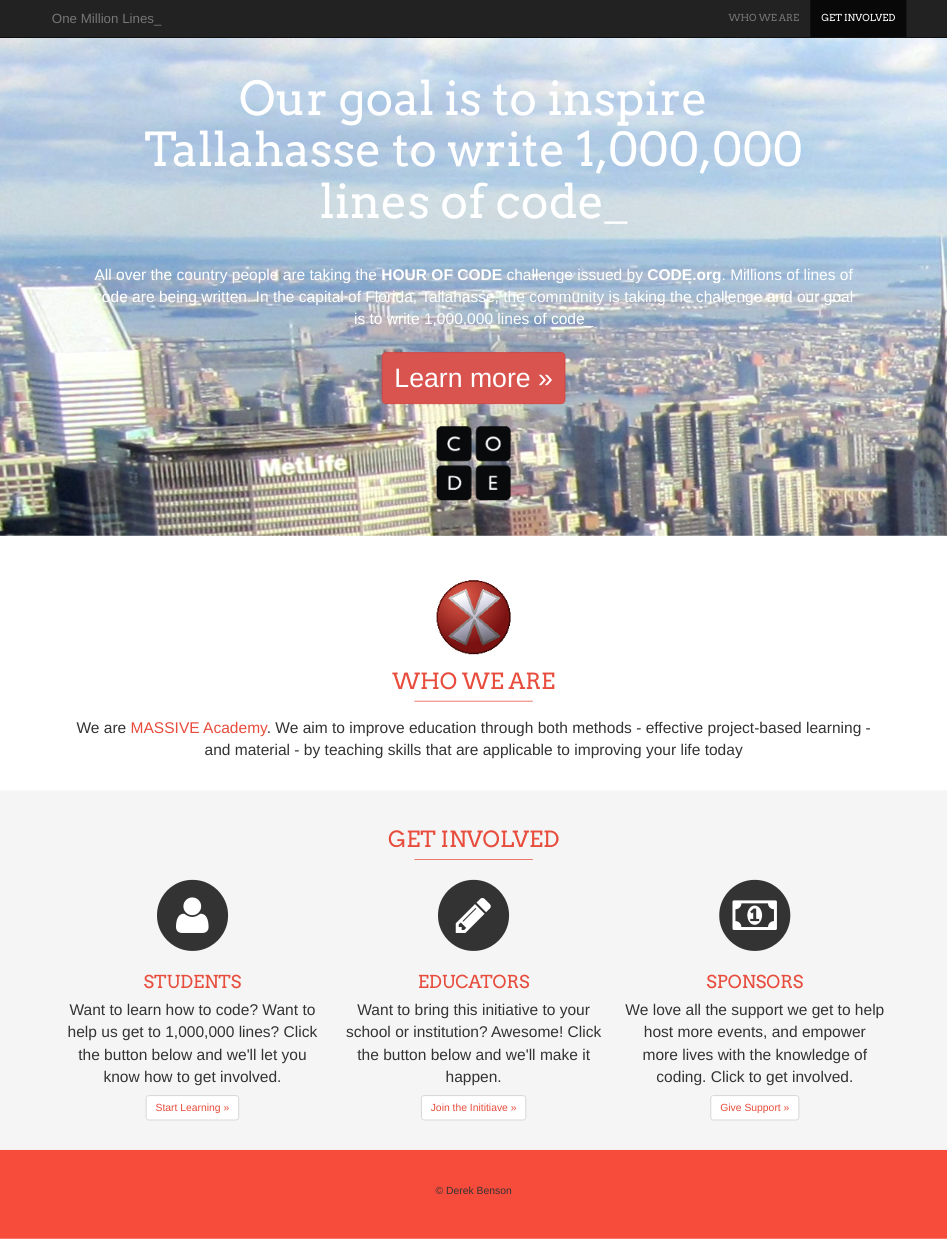
Repository: dbenson24/fallhackathonwebsitefiles
Page: index.html
The author's editor kept a record of every edit. The page is drawn from the files as they stood at one moment, then again after the next edit.
The browser window is 1280 px wide. The pictures show the whole page, at 74% of full size.
Some web libraries are served in a nearby version.

Above is the page before.
Not found: js/ie10-viewport-bug-workaround.js

### index.html
<!DOCTYPE html>
<html lang="en">

<head>
  <meta charset="utf-8">
  <meta http-equiv="X-UA-Compatible" content="IE=edge">
  <meta name="viewport" content="width=device-width, initial-scale=1">
  <meta name="description" content="">
  <meta name="author" content="">
  <link rel="icon" href="../../favicon.ico">

  <title>Jumbotron Template for Bootstrap</title>

  <!-- Bootstrap core CSS -->
  <link href="./bootstrap/css/bootstrap.min.css" rel="stylesheet">
  <link rel="stylesheet" href="./bootstrap/fonts/font-awesome/css/font-awesome.min.css">
  <link href="//fonts.googleapis.com/css?family=Arvo" rel="stylesheet" type="text/css">

  <!-- Custom styles for this template -->
  <link href="./custom.css" rel="stylesheet">

  <!-- HTML5 shim and Respond.js IE8 support of HTML5 elements and media queries -->
  <!--[if lt IE 9]>
      <script src="https://oss.maxcdn.com/html5shiv/3.7.2/html5shiv.min.js"></script>
      <script src="https://oss.maxcdn.com/respond/1.4.2/respond.min.js"></script>
    <![endif]-->

    <script src="http://ajax.googleapis.com/ajax/libs/jquery/1.11.1/jquery.min.js"></script>

</head>

<body data-spy="scroll" data-target=".navbar-collapse" data-offset="50">

  <div class="navbar navbar-inverse navbar-fixed-top" role="navigation">
    <div class="container">
      <div class="navbar-header">
        <button type="button" class="navbar-toggle collapsed" data-toggle="collapse" data-target=".navbar-collapse">
          <span class="sr-only">Toggle navigation</span>
          <span class="icon-bar"></span>
          <span class="icon-bar"></span>
          <span class="icon-bar"></span>
        </button>
        <a class="navbar-brand" href="#jumbo">One Million Lines_
          </a>
      </div>
      <div class="collapse navbar-collapse">
        <ul class="nav navbar-nav navbar-right">
          <li><a href="#who-we-are">WHO WE ARE</a>
          </li>
          <li><a href="#get-involved">GET INVOLVED</a>
          </li>
        </ul>
      </div>
    </div>
  </div>

  <!-- Main jumbotron for a primary marketing message or call to action -->
  <div id="jumbo">
    <div class="jumbotron">
      <div class="container">
        <h1>Our goal is to inspire <br>Tallahasse to write 1,000,000<br> lines of code_</h1>
        <p>All over the country people are taking the <strong>HOUR OF CODE</strong> challenge issued by <strong>CODE.org</strong>. Millions of lines of code are being written. In the capital of Florida, Tallahasse, the community is taking the challenge and
          our goal is to write 1,000,000 lines of code_
        </p>
        <p><a class="btn btn-danger btn-lg" role="button">Learn more &raquo;</a>
        </p>
        <img src="./images/code.png" title="Code.org logo" alt="Code.org">
      </div>
    </div>
  </div>
  <div id="who-we-are">
    <div class="container homepage">
      <img src="./images/redlogo.png" title="logo">
      <h2>Who We Are</h2>
      <hr>
      <p>We are <a href="http://www.massiveacademy.us" target="_blank"> MASSIVE Academy</a>. We aim to improve education through both methods - effective project-based learning - and material - by teaching skills that are applicable to improving your life
        today
      </p>
    </div>
  </div>
  <div id="get-involved">
    <div class="container homepage">
      <h2>Get Involved</h2>
      <hr>
      <!-- Example row of columns -->
      <div class="row">
        <div class="col-md-4">
          <span class="fa-stack fa-4x">
            <i class="fa fa-circle fa-stack-2x"></i>
            <i class="fa fa-user fa-stack-1x fa-inverse"></i>
          </span>

          <h3>Students</h3>
          <p>Want to learn how to code? Want to help us get to 1,000,000 lines? Click the button below and we'll let you know how to get involved.</p>
          <p><a class="btn btn-default" href="#" role="button">Start Learning &raquo;</a>
          </p>
        </div>
        <div class="col-md-4">
          <span class="fa-stack fa-4x">
            <i class="fa fa-circle fa-stack-2x"></i>
            <i class="fa fa-pencil fa-stack-1x fa-inverse"></i>
          </span>
          <h3>Educators</h3>
          <p>Want to bring this initiative to your school or institution? Awesome! Click the button below and we'll make it happen.</p>
          <p><a class="btn btn-default" href="#" role="button">Join the Inititiave &raquo;</a>
          </p>
        </div>
        <div class="col-md-4">
          <span class="fa-stack fa-4x">
            <i class="fa fa-circle fa-stack-2x"></i>
            <i class="fa fa-money fa-stack-1x fa-inverse"></i>
          </span>
          <h3>Sponsors</h3>
          <p>We love all the support we get to help host more events, and empower more lives with the knowledge of coding. Click to get involved.</p>
          <p><a class="btn btn-default" href="#" role="button">Give Support &raquo;</a>
          </p>
        </div>
      </div>
    </div>
  </div>
  <footer>
    <div class="container footer">
      <p>&copy; Derek Benson</p>
    </div>
  </footer>

  <!-- /container -->

  <!-- Bootstrap core JavaScript
    ================================================== -->
  <!-- Placed at the end of the document so the pages load faster -->
  <script src="https://ajax.googleapis.com/ajax/libs/jquery/1.11.1/jquery.min.js"></script>
  <script src="./bootstrap/js/bootstrap.min.js"></script>
  <script src="./bootstrap/js/smoothscroll.js"></script>
  <!-- IE10 viewport hack for Surface/desktop Windows 8 bug -->
  <script src="./js/ie10-viewport-bug-workaround.js"></script>
</body>

</html>

### custom.css
body {
  padding-top: 50px;
  padding-bottom: 20px;
}

.jumbotron {
    text-align: center;
    background-image: url("./images/nypic.JPG");
    color: white;
}

.jumbotron h1{
    font-family: 'Arvo', courier, serif;
    margin-top: 0px;
    margin-bottom: 50px;
}

ul.nav{
    font-size: 13px;
    font-family: 'Arvo', courier, serif;
}

.btn-lg {
    font-size: 36px;
}

.jumbotron p{
    margin-bottom: 30px;
    font-weight: 50;
    padding: 0 50px;
}

.homepage h2, .homepage h3{
    color: #e74c3c;
    font-family: 'Arvo', courier, serif;
    text-transform: uppercase;
}
.homepage {
    text-align: center;
    padding: 30px 30px;
}
.homepage p{
    font-weight: 300;
    font-size: 21px;
}

.btn-default{
    color: #e74c3c;
}

.homepage hr{
    border-color: #e74c3c;
    width: 160px;
    margin-top: 0;
    margin-bottom: 20px;
}

.homepage a{
    color: #e74c3c;
}
.homepage a:hover{
    color: #e74c3c;
    text-decoration: none;
    opacity: .6;
}

#get-involved{
    background-color: #f5f5f5;
}

footer{
    background-color: #f74c3c;
    text-align: center;
}

.footer{
    padding: 45px;
}

### bootstrap/js/smoothscroll.js
$(".navbar-collapse ul li a[href^='#']").on('click', function(e) {

   // prevent default anchor click behavior
   e.preventDefault();

   // store hash
   var hash = this.hash;

   // animate
   $('html, body').animate({
       scrollTop: $(this.hash).offset().top -100
     }, 700, function(){

       // when done, add hash to url
       // (default click behaviour)
       window.location.hash = hash;
     });

});

$("a.navbar-brand ul li a[href^='#']").on('click', function(e) {

   // prevent default anchor click behavior
   e.preventDefault();

   // store hash
   var hash = this.hash;

   // animate
   $('html, body').animate({
       scrollTop: $(this.hash).offset().top -50
     }, 700, function(){

       // when done, add hash to url
       // (default click behaviour)
       window.location.hash = hash;
     });

});

Loaded but not shown: bootstrap/css/bootstrap.min.css (library); bootstrap/fonts/font-awesome/css/font-awesome.min.css (library); bootstrap/js/bootstrap.min.js (library)

After the next edit:
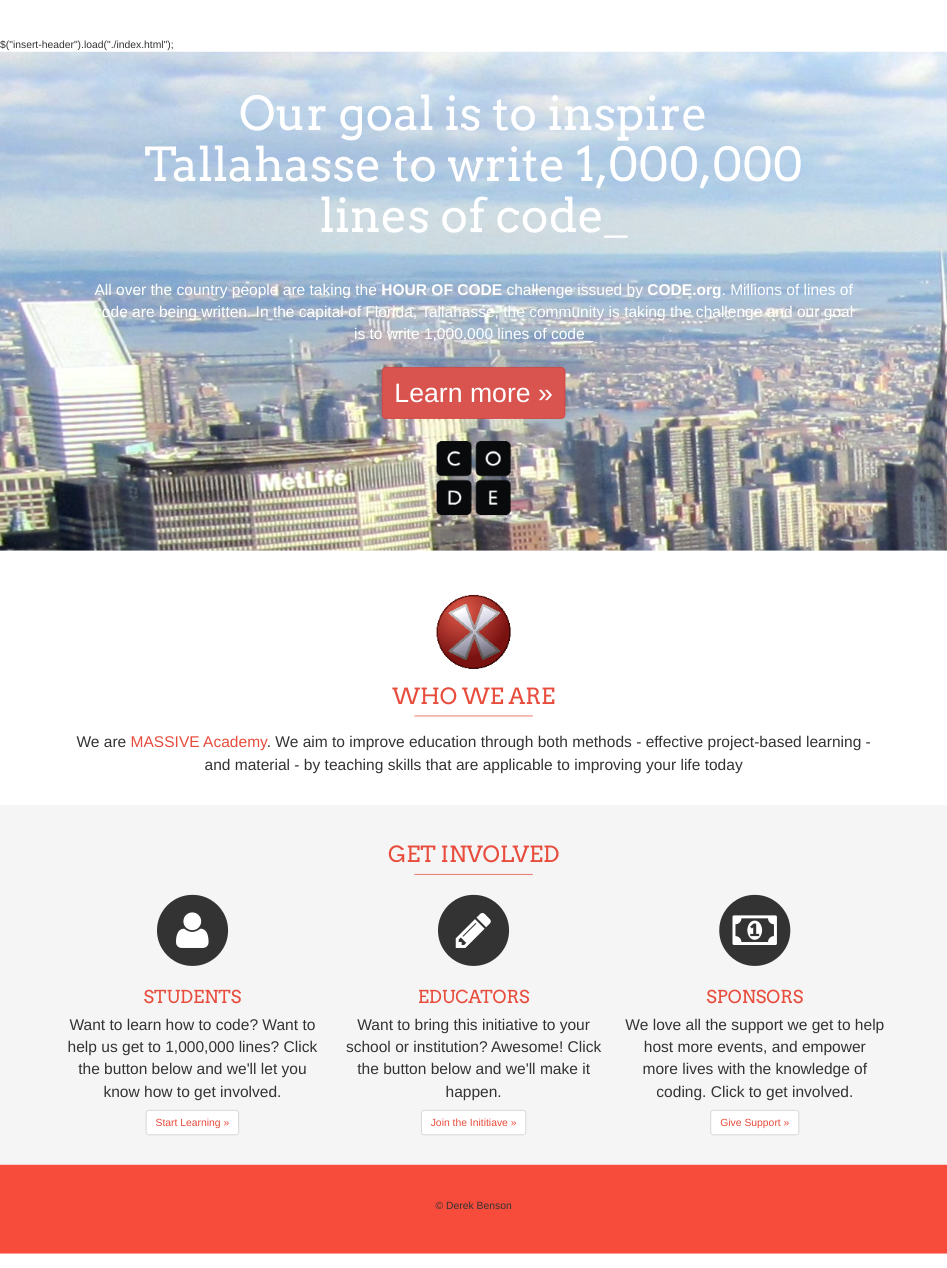
The edit:
--- a/index.html
+++ b/index.html
@@ -30,8 +30,8 @@
 </head>
 
 <body data-spy="scroll" data-target=".navbar-collapse" data-offset="50">
-
-  <div class="navbar navbar-inverse navbar-fixed-top" role="navigation">
+  $("insert-header").load("./index.html");
+  <!--<div class="navbar navbar-inverse navbar-fixed-top" role="navigation">
     <div class="container">
       <div class="navbar-header">
         <button type="button" class="navbar-toggle collapsed" data-toggle="collapse" data-target=".navbar-collapse">
